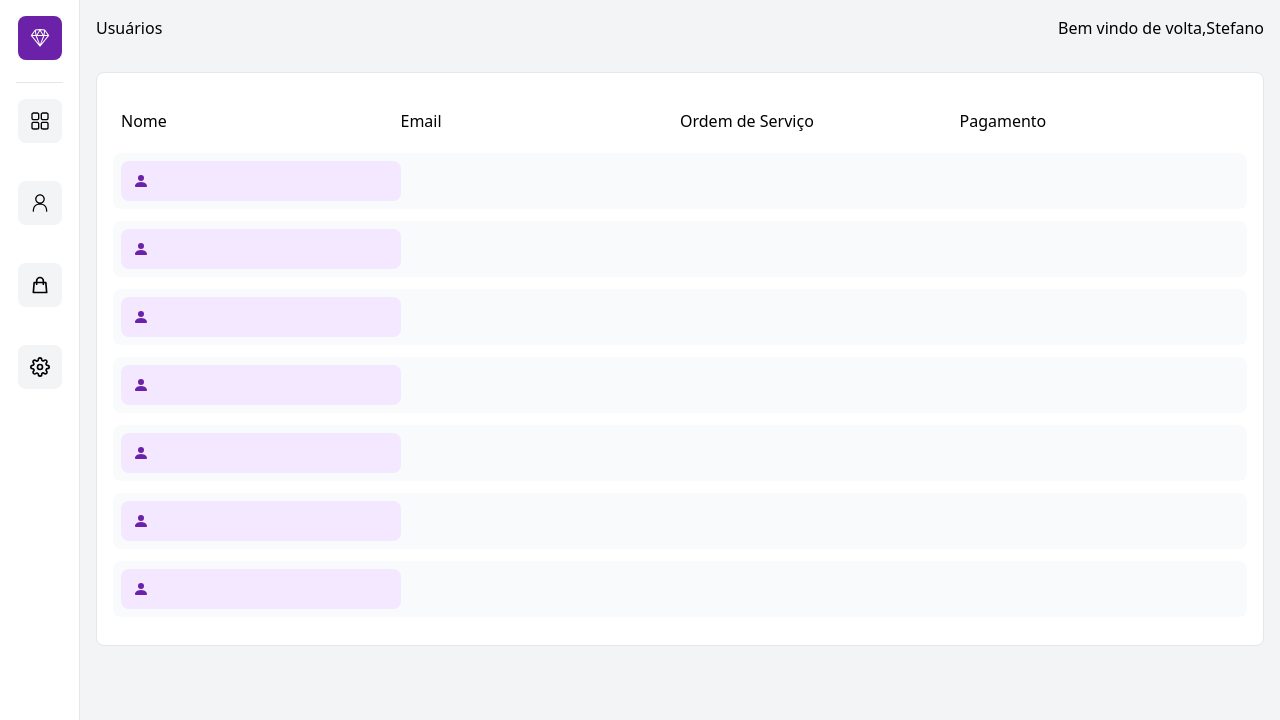
Repository: stefanosousaa/dashboard-next13
Page: /costumers
These files come from the project's save history. The page is drawn as it stood at one moment and after the next save; the edit follows.
The browser window is 1280 px wide. The pictures show the whole page.
The project was rebuilt for these pictures with package versions that can differ from the ones it lists, and the page was loaded fresh each time. The framework's server and built-in components were replaced by stand-ins that run in the browser. Also part of the build but not shown: next.config.js.

Above is the page before, as saved 2023-05-16 19:27:04.

After the next save:
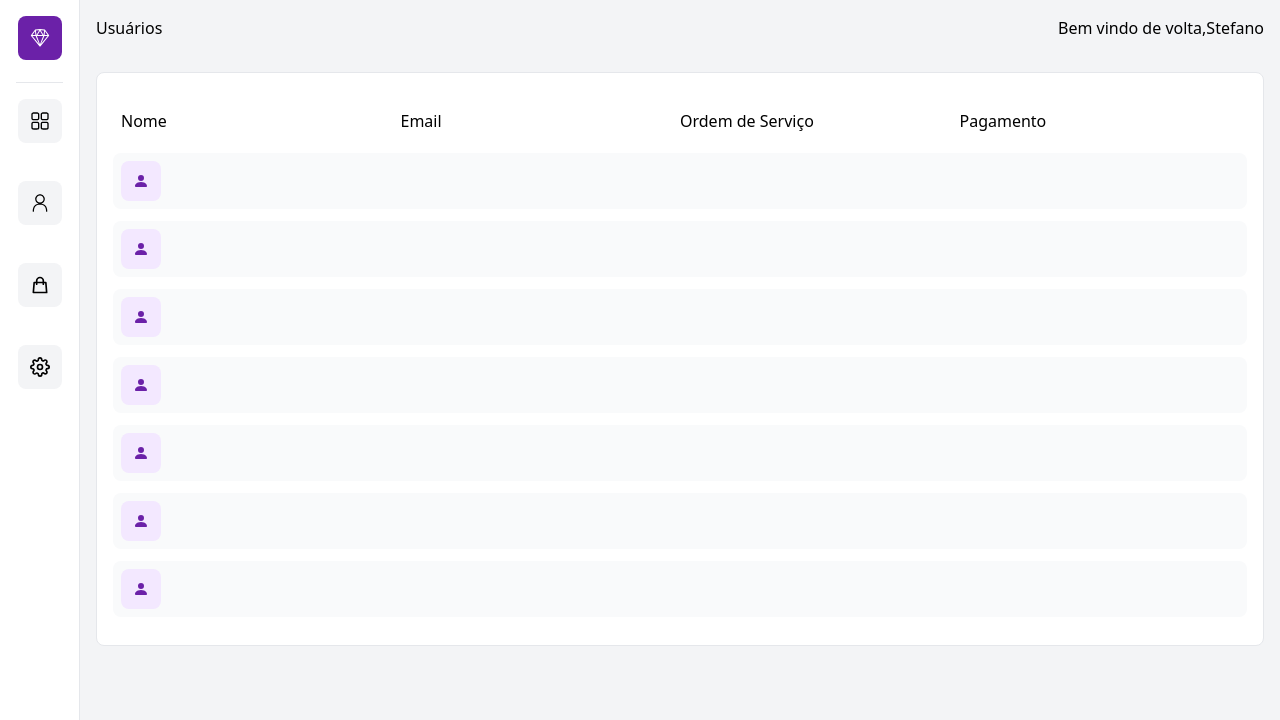
Saved 76 s later.
--- a/pages/costumers.jsx
+++ b/pages/costumers.jsx
@@ -20,9 +20,12 @@ const costumers = () => {
               <ul>
                 {data.map((order,id) => (
                     <li key={id} className='bg-gray-50 hover:bg-gray-100 rounded-lg my-3 p-2 grid md:grid-cols-4 sm:grid-cols-3 grid-cols-2 items-center justify-between cursor-pointer'>
-                      <div className='bg-purple-100 p-3 rounded-lg'>
-                        <BsPersonFill className='text-purple-800'/>
+                      <div className='flex items-center'>
+                          <div className='bg-purple-100 p-3 rounded-lg'>
+                             <BsPersonFill className='text-purple-800'/>
+                           </div>
                       </div>
+
                     </li>
                 ))}
               </ul>
